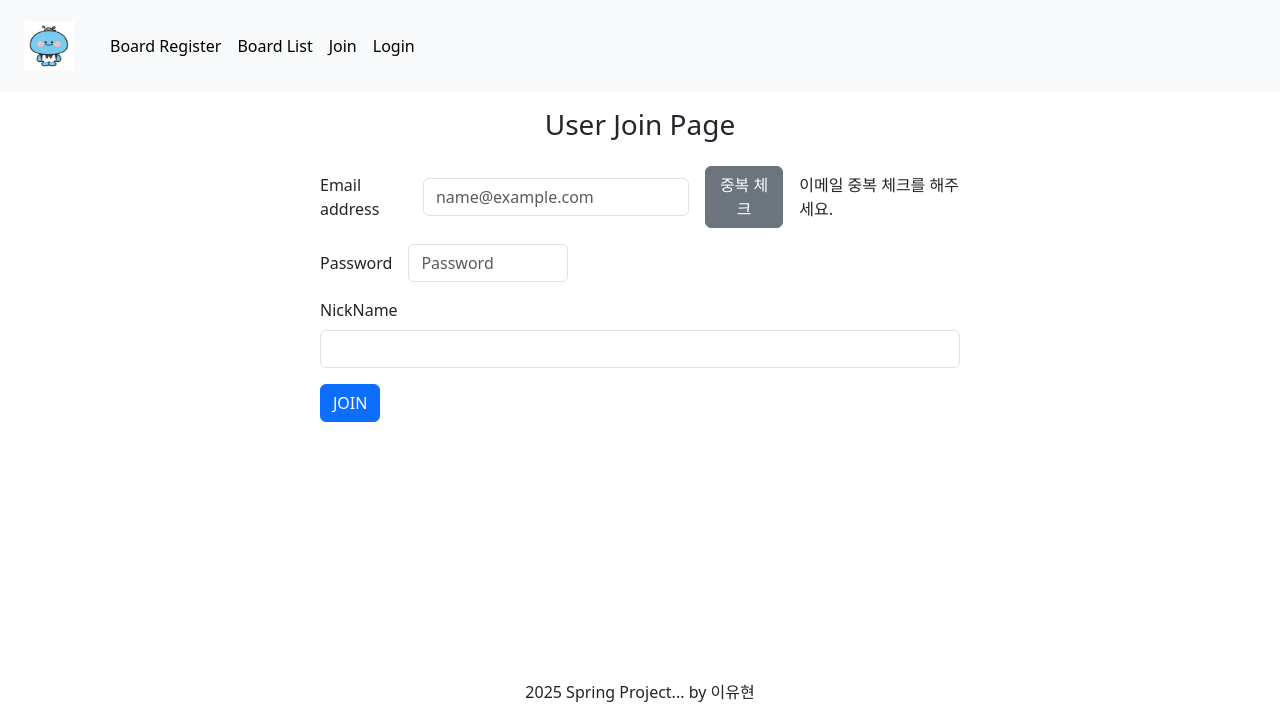
Repository: LeeYouHyeon/6.Spring
Page: http://localhost/spring_project/WEB-INF/views/user/register.jsp
These files come from the project's save history. The page is drawn as it stood at one moment and after the next save; the edit follows.
The browser window is 1280 px wide. The pictures show the whole page.
The page is served by Tomcat 9. Nobody is signed in. Other server files are loaded and not shown. The template is opened directly, without the code that normally fills it, so the values that code supplies are empty.

Above is the page before, as saved 2025-06-10 06:19:04.

### spring_project/src/main/webapp/WEB-INF/views/user/register.jsp
<%@ page language="java" contentType="text/html; charset=UTF-8" pageEncoding="UTF-8"%>
<%@ include file="../layout/header.jsp"%>
<%@ taglib uri="http://java.sun.com/jsp/jstl/core" prefix="c"%>

<div class="w-50 mt-3 mx-auto">
	<h3 class="text-center">User Join Page</h3>
	<form action="/user/register" method="post" class="container mt-3 px-0">
		<div class="mt-4 mb-3 d-flex align-items-center">
			<div class="me-3">Email address</div>
			<div class="w-50 me-3">
				<input type="text"
					class="form-control"
					id="email"
					name="email"
					placeholder="name@example.com"
					required>
			</div>
			<button type="button" id="emailCheckBtn" class="btn btn-secondary me-3">중복 체크</button>
			<div id="emailCheckStmt">이메일 중복 체크를 해주세요.</div>
		</div>
		<div class="mb-3 d-flex align-items-center">
			<div class="me-3">Password</div>
			<div class="w-25 me-3">
				<input type="text"
					class="form-control"
					id="pwd"
					name="pwd"
					placeholder="Password"
					required>
			</div>
		</div>
		<div class="mb-3">
			<label for="nickName" class="form-label">NickName</label>
			<input type="text"
				class="form-control"
				id="nickName"
				name="nickName">
		</div>
		<button type="submit" class="btn btn-primary">JOIN</button>
	</form>
</div>

<%@ include file="../layout/footer.jsp"%>

### spring_project/src/main/webapp/WEB-INF/views/layout/header.jsp
<%@ page language="java" contentType="text/html; charset=UTF-8" pageEncoding="UTF-8"%>
<!DOCTYPE html>
<html>
<head>
<meta charset="UTF-8">
<title>Spring Project</title>
<link rel="stylesheet" href="/resources/dist/css/bootstrap.min.css">
<script type="text/javascript" src="/resources/dist/js/bootstrap.bundle.min.js"></script>
</head>
<body>
	<nav class="navbar navbar-expand-lg bg-body-tertiary">
		<div class="container-fluid">
			<nav class="navbar bg-body-tertiary">
				<div class="container">
					<a class="navbar-brand" href="/">
						<img src="/resources/image/logo.jpg" alt="Bootstrap" width="50" height="50">
					</a>
				</div>
			</nav>
			<button class="navbar-toggler"
				type="button"
				data-bs-toggle="collapse"
				data-bs-target="#navbarSupportedContent"
				aria-controls="navbarSupportedContent"
				aria-expanded="false"
				aria-label="Toggle navigation">
				<span class="navbar-toggler-icon"></span>
			</button>
			<div class="collapse navbar-collapse" id="navbarSupportedContent">
				<ul class="navbar-nav me-auto mb-2 mb-lg-0">
					<li class="nav-item"><a class="nav-link active" aria-current="page" href="/board/register">Board Register</a></li>
					<li class="nav-item"><a class="nav-link active" aria-current="page" href="/board/list">Board List</a></li>
					<li class="nav-item"><a class="nav-link active" aria-current="page" href="/user/register">Join</a></li>
					<li class="nav-item"><a class="nav-link active" aria-current="page" href="/user/login">Login</a></li>
				</ul>
			</div>
		</div>
	</nav>

### spring_project/src/main/webapp/WEB-INF/views/layout/footer.jsp
<%@ page language="java" contentType="text/html; charset=UTF-8"
	pageEncoding="UTF-8"%>

<div class="position-absolute start-50 top-100 pb-3"
	style="transform: translate(-50%, -100%);">2025 Spring Project... by 이유현</div>
</body>
</html>

Loaded but not shown: spring_project/src/main/webapp/resources/dist/css/bootstrap.min.css (library); spring_project/src/main/webapp/resources/dist/js/bootstrap.bundle.min.js (library)

After the next save:
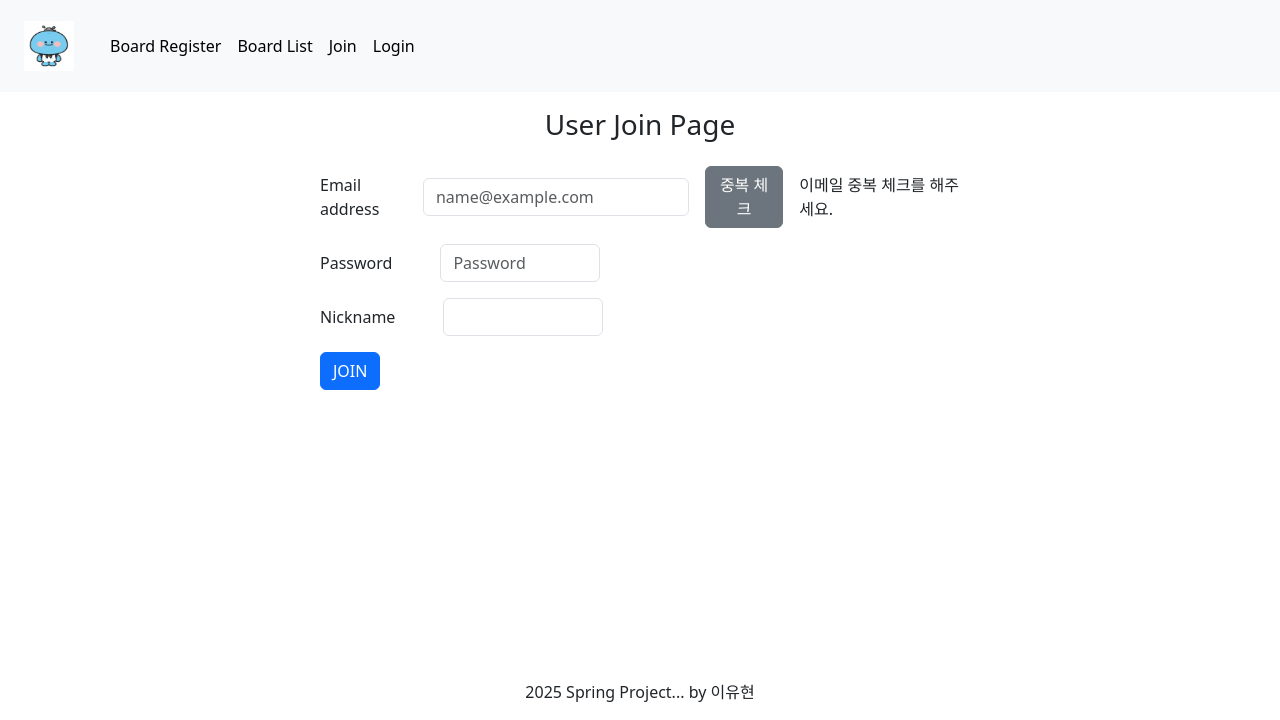
Saved 65 s later.
--- a/spring_project/src/main/webapp/WEB-INF/views/user/register.jsp
+++ b/spring_project/src/main/webapp/WEB-INF/views/user/register.jsp
@@ -19,7 +19,7 @@
 			<div id="emailCheckStmt">이메일 중복 체크를 해주세요.</div>
 		</div>
 		<div class="mb-3 d-flex align-items-center">
-			<div class="me-3">Password</div>
+			<div class="me-5">Password</div>
 			<div class="w-25 me-3">
 				<input type="text"
 					class="form-control"
@@ -29,12 +29,14 @@
 					required>
 			</div>
 		</div>
-		<div class="mb-3">
-			<label for="nickName" class="form-label">NickName</label>
-			<input type="text"
-				class="form-control"
-				id="nickName"
-				name="nickName">
+		<div class="mb-3 d-flex align-items-center">
+			<div class="me-5">Nickname</div>
+			<div class="w-25 me-3">
+				<input type="text"
+					class="form-control"
+					id="nickName"
+					name="nickName">
+			</div>
 		</div>
 		<button type="submit" class="btn btn-primary">JOIN</button>
 	</form>
